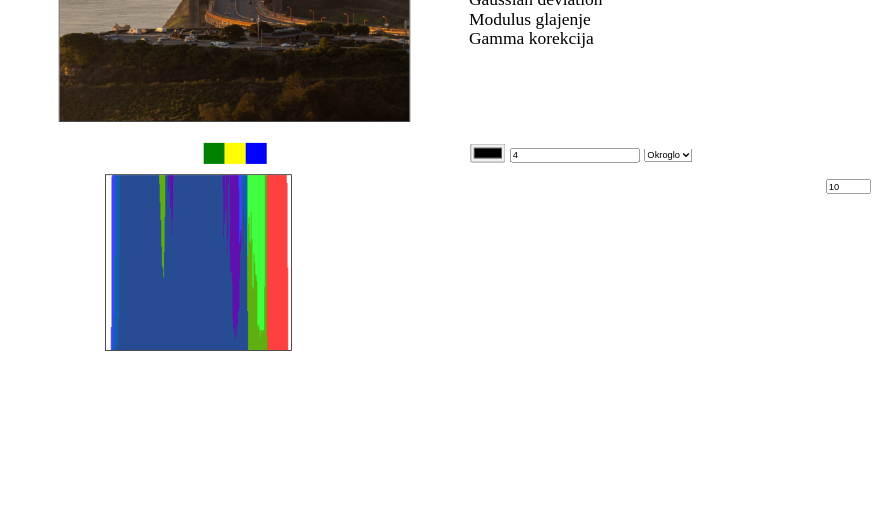
Repository: fussionko/web_photoshop
Page: index.html
These files come from the project's save history. The page is drawn as it stood at one moment and after the next save; the edit follows.
The browser window is 1280 px wide. The pictures show the part of the page from y = 443 to 2363 px (the page is 1192 px tall before and 10694 px after), at 70% of full size.

Above is the page before, as saved 2022-04-28 13:29:44.

### index.html
<!doctype html>
<html lang="en">
    <head>
        <meta charset="utf-8">
        <meta name="viewport" content="width=device-width, initial-scale=1">

        <title>Slike</title>
        <link rel="stylesheet" href="style.css">
    </head>
    <body>
        <div id="container-main">
            <canvas id="main_canvas"></canvas>
            <div id="container-buttons"></div>
            <div id="container-controls"></div>
        </div>
        <div id="container-assist">
            <div id="container-history"><div id="history-back"></div><div id="history-fow"></div><div id="history-reset"></div></div>
            <div id="container-color">
                <input type="color" id="color" value="#000000">
                <input type="number" id="brush-size" step="1" value="4">
                <select id="cap-type">
                    <option value="butt">Butt</option>
                    <option value="round" selected>Okroglo</option>
                    <option value="square">Kvadrat</option>
                </select>
            </div>
        </div>
        <div id="container-histogram">
            <canvas id="main-graph"></canvas>
            <div id="container-graph-data">
                <input type="number" id="basket-num" step="1" max="255" min="1" value="10">
            </div>
        </div>
        <script src="filters.js"></script>
        <script src="draw.js"></script>
        <script src="history.js"></script>
        <script src="graph.js"></script>
        <script src="main.js"></script>
    </body>
</html>

### style.css
html {
    margin: 0;
    width: 100%;
    height: 100%;

    background-color: white !important;
}
body {
    margin: 0;

    display: grid;
    align-items: center;

    font-size: 25px;
    background-color: white !important;
    width: 100%;
    height: 100%;

}

#container-main, #container-assist, #container-historgram {
    margin: 15px 0;
}

#container-main {
    width: 100%;
    display: grid;
    grid-template-columns: auto auto 200px;
    align-items: center;
    justify-content: space-evenly;

}
canvas {

    border: 1px solid black;
}

.button-function {
    border: 1px solid black;
    padding: 5px;
    margin: 5px;;
}

#container-assist {
    display: grid;
    grid-template-columns: auto auto ;
    justify-content: space-evenly;
}

#container-history {
    display: flex;

}

#history-back, #history-fow, #history-reset {
    width: 30px;
    height: 30px;
}

#history-fow {
    background-color: yellow;
}

#history-back {
    background-color: green;
}

#history-reset {
    background-color: blue;
}

#container-histogram {
    display: grid;
    grid-template-columns: 1fr 100px;
    margin-left: 150px;
    margin-bottom: 100px;
    height: 500px;
}

### filters.js
let ultra_computed_gaussian_blur = {};

function gaussian_blur(img_data, deviation)
{
    if(deviation === 0) return img_data;
    if(ultra_computed_gaussian_blur[deviation] !== undefined) return ultra_computed_gaussian_blur[deviation];

    let new_img_data = [];
    const range = 2*deviation;
    let matrix_gaussian = [], sum = get_gaussian_matrix(range, deviation, matrix_gaussian);
    for(let i = 0; i < img_data.length; i+=4)
    {
        let matrix_r_adjecant = [], matrix_g_adjecant = [], matrix_b_adjecant = [];
        get_adjecant_pixels(i, range, img_data, matrix_r_adjecant, matrix_g_adjecant, matrix_b_adjecant);
        new_img_data[i] = calculateMatrixSum(matrix_gaussian, matrix_r_adjecant)/sum;
        new_img_data[i+1] = calculateMatrixSum(matrix_gaussian, matrix_g_adjecant)/sum;
        new_img_data[i+2] = calculateMatrixSum(matrix_gaussian, matrix_b_adjecant)/sum;
        new_img_data[i+3] = img_data[i+3];
    }
    ultra_computed_gaussian_blur[deviation] = new_img_data;

    return new_img_data;
}

function get_adjecant_pixels(index, range, img_data, matrix_r_adjecant, matrix_g_adjecant, matrix_b_adjecant)
{
    let next = canvas_width*4;
    for(let y = -range; y <= range; y++)
    {
        let yrange = y+range;
        matrix_r_adjecant[yrange] = [];
        matrix_g_adjecant[yrange] = [];
        matrix_b_adjecant[yrange] = [];
        for(let x = -range; x <= range; x++)
        {
            let xrange = x+range;
            let r = 128, g = 128, b = 128;
            if(index%(canvas_width*4)+x*4 >= 0)
            {
                const main_i = index+next*y+4*x;
                if(main_i >= 0)
                {
                    r = img_data[main_i];
                    g = img_data[main_i+1];
                    b = img_data[main_i+2];
                }
            }
            matrix_r_adjecant[yrange][xrange] = r;
            matrix_g_adjecant[yrange][xrange] = g;
            matrix_b_adjecant[yrange][xrange] = b;
        }
    }
}

function get_adjecant_pixels_array(index, range, img_data, array_r_adjecant, array_g_adjecant, array_b_adjecant)
{
    const next = canvas_width*4;
    for(let y = -range; y <= range; y++)
    {
        for(let x = -range; x <= range; x++)
        {
            let r = 0, g = 0, b = 0;
            if(index%(canvas_width*4)+x*4 >= 0)
            {
                const main_i = index+next*y+4*x;
                if(main_i >= 0)
                {
                    r = img_data[main_i];
                    g = img_data[main_i+1];
                    b = img_data[main_i+2];
                }
            }
            array_r_adjecant.push(r);
            array_g_adjecant.push(g);
            array_b_adjecant.push(b);
        }
    }
}

function get_gaussian_matrix(range, deviation, matrix_gaussian)
{
    let sum = 0;
    for(let y = -range; y <= range; y++)
    {
        matrix_gaussian[y+range] = [];
        for(let x = -range; x <= range; x++)
        {
            matrix_gaussian[y+range][x+range] = gaussian_2d_equation(x, y, deviation);
            sum += matrix_gaussian[y+range][x+range];
        }
    }
    return sum;
}

function gaussian_2d_equation(x, y, deviation)
{
    let exp = -(x*x+y*y)/(2*deviation*deviation);
    let main = 1/(2*Math.PI*deviation*deviation);
    return main*Math.pow(Math.E, exp);
}

function hexToRgb(hex) {
    var result = /^#?([a-f\d]{2})([a-f\d]{2})([a-f\d]{2})$/i.exec(hex);
    return result ? {
        r: parseInt(result[1], 16),
        g: parseInt(result[2], 16),
        b: parseInt(result[3], 16)
    } : null;
}

function calculateMatrixSum(matrix, values)
{
    let sum = 0;
    for(let i = 0; i < matrix[0].length; i++)
        for(let j = 0; j < matrix.length; j++)
            if(values[i][j] !== undefined)
                sum += values[i][j]*matrix[i][j];
    return sum;
}

function sobel(img_data, min_color, max_color, color_ok, threshold)
{
    let new_img_data = [];
    img_data = grayscale_weight(img_data);
    if(color_ok === true)
    {
        for(let i = 0; i < img_data.length; i+=4)
        {
            let matrix_sum = img_data[i-canvas_width*4] + img_data[i-4] + img_data[i]*-4 + img_data[i+4] + img_data[i+canvas_width*4];
            let color = matrix_sum < threshold ? max_color : min_color;
            new_img_data[i] = hexToRgb(color).r;
            new_img_data[i+1] = hexToRgb(color).g;
            new_img_data[i+2] = hexToRgb(color).b;
            new_img_data[i+3] = img_data[i+3];
        }
    }
    else
    {
        if(computed_sobel !== undefined) return computed_sobel;
        for(let i = 0; i < img_data.length; i+=4)
        {
            let matrix_sum = img_data[i-4-canvas_width*4] + img_data[i-canvas_width*4]*2 + img_data[i+4-canvas_width*4] +
                            img_data[i-4+canvas_width*4]*-1 + img_data[i+canvas_width*4]*-2 + img_data[i+4+canvas_width*4]*-1;
            new_img_data[i] = matrix_sum;
            new_img_data[i+1] = matrix_sum;
            new_img_data[i+2] = matrix_sum;
            new_img_data[i+3] = img_data[i+3];
        }
        computed_sobel = new_img_data;
    }

    return new_img_data;
}

let ultra_computed_modulus = {};

function modulus(img_data, range)
{
    if(ultra_computed_modulus[range] !== undefined) return ultra_computed_modulus[range];

    let new_img_data = [];
    for(let i = 0; i < img_data.length; i+=4)
    {
        let array_r_adjecant = [], array_g_adjecant = [], array_b_adjecant = [];
        get_adjecant_pixels_array(i, range, img_data, array_r_adjecant, array_g_adjecant, array_b_adjecant);
        array_r_adjecant.sort();
        array_g_adjecant.sort();
        array_b_adjecant.sort();
        new_img_data[i] = array_r_adjecant[Math.floor(array_r_adjecant.length/2)];
        new_img_data[i+1] = array_g_adjecant[Math.floor(array_g_adjecant.length/2)];
        new_img_data[i+2] = array_b_adjecant[Math.floor(array_b_adjecant.length/2)];
        new_img_data[i+3] = img_data[i+3];
    }
    ultra_computed_modulus[range] = new_img_data;

    return new_img_data;
}

//let ultra_computed_gamma = {};
function gamma(img_data, gamma)
{
    //if(ultra_computed_gamma[gamma] !== undefined) return ultra_computed_gamma[gamma];

    let new_img_data = [];
    for(let i = 0; i < img_data.length; i+=4)
    {
        new_img_data[i] = 255*Math.pow((img_data[i]/255), gamma);
        new_img_data[i+1] = 255*Math.pow((img_data[i+1]/255), gamma);
        new_img_data[i+2] = 255*Math.pow((img_data[i+2]/255), gamma);
        new_img_data[i+3] = img_data[i+3];
    }
   // ultra_computed_gamma[gamma] = new_img_data;

    return new_img_data;
}

function sharpening(img_data)
{
    let new_img_data = [];
    for(let i = 0; i < img_data.length; i+=4)
    {
        let r_sum = img_data[i-4-canvas_width*4]*-1 + img_data[i-canvas_width*4]*-1 + img_data[i+4-canvas_width*4]*-1 +
                    img_data[i-4]*-1 + img_data[i]*9 + img_data[i+4]*-1 +
                    img_data[i-4+canvas_width*4]*-1 + img_data[i+canvas_width*4]*-1 + img_data[i+4+canvas_width*4]*-1;
        let g_sum = img_data[i+1-4-canvas_width*4]*-1 + img_data[i+1-canvas_width*4]*-1 + img_data[i+1+4-canvas_width*4]*-1 +
                    img_data[i+1-4]*-1 + img_data[i+1]*9 + img_data[i+1+4]*-1 +
                    img_data[i+1-4+canvas_width*4]*-1 + img_data[i+1+canvas_width*4]*-1 + img_data[i+1+4+canvas_width*4]*-1;
        let b_sum = img_data[i+2-4-canvas_width*4]*-1 + img_data[i+2-canvas_width*4]*-1 + img_data[i+2+4-canvas_width*4]*-1 +
                    img_data[i+2-4]*-1 + img_data[i+2]*9 + img_data[i+2+4]*-1 +
                    img_data[i+2-4+canvas_width*4]*-1 + img_data[i+2+canvas_width*4]*-1 + img_data[i+2+4+canvas_width*4]*-1;
        new_img_data[i] = r_sum;
        new_img_data[i+1] = g_sum;
        new_img_data[i+2] = b_sum;
        new_img_data[i+3] = img_data[i+3];
    }
    return new_img_data;
}

function unsharpening(img_data, amount, kernel_size)
{
    let new_img_data = [];
    let blurred = gaussian_blur(img_data, kernel_size);
    for(let i = 0; i < img_data.length; i+=4)
    {
        new_img_data[i] = img_data[i] + (img_data[i]-blurred[i])*amount;
        new_img_data[i+1] = img_data[i+1] + (img_data[i+1]-blurred[i+1])*amount;
        new_img_data[i+2] = img_data[i+2] + (img_data[i+2]-blurred[i+2])*amount;
        new_img_data[i+3] = img_data[i+3];
    }

    return new_img_data;
}

function box_filter(data_m)
{
    let sum = 0;
    for(let i = 0; i < data_m.length; i++)
        for(let j = 0; j < data_m.length; j++)
            sum += data_m[i][j];
    return sum*(1/9);
}

function weighted_avg_linear(img_data, weight)
{
    let new_img_data = [];
    let weighted_avg_linear_matrix_test = [
        [1, 2, 1],
        [2, 4*weight, 2],
        [1, 2, 1]
    ];
    weight *= 2;
    for(let i = 0; i < img_data.length; i+=4)
    {
        let values_matrix_r = [
            [img_data[i-4-canvas_width*4], img_data[i-canvas_width*4], img_data[i+4-canvas_width*4]],
            [img_data[i-4], img_data[i], img_data[i+4]],
            [img_data[i-4+canvas_width*4], img_data[i+canvas_width*4], img_data[i+4+canvas_width*4]]
        ];

        let values_matrix_g = [
            [img_data[i+1-4-canvas_width*4], img_data[i+1-canvas_width*4], img_data[i+1+4-canvas_width*4]],
            [img_data[i+1-4], img_data[i+1], img_data[i+1+4]],
            [img_data[i+1-4+canvas_width*4], img_data[i+1+canvas_width*4], img_data[i+1+4+canvas_width*4]]
        ];

        let values_matrix_b = [
            [img_data[i+2-4-canvas_width*4], img_data[i+2-canvas_width*4], img_data[i+2+4-canvas_width*4]],
            [img_data[i+2-4], img_data[i+2], img_data[i+2+4]],
            [img_data[i+2-4+canvas_width*4], img_data[i+2+canvas_width*4], img_data[i+2+4+canvas_width*4]]
        ];

        let mat_r = calculateMatrixSum(weighted_avg_linear_matrix_test, values_matrix_r)*(1/weight);
        let mat_g = calculateMatrixSum(weighted_avg_linear_matrix_test, values_matrix_g)*(1/weight);
        let mat_b = calculateMatrixSum(weighted_avg_linear_matrix_test, values_matrix_b)*(1/weight);

        new_img_data[i] = mat_r;
        new_img_data[i+1] = mat_g;
        new_img_data[i+2] = mat_b;
        new_img_data[i+3] = img_data[i+3];
    }

    return new_img_data;
}

function grayscale_average(img_data)
{
    let new_img_data = [];
    for(let i = 0; i < img_data.length; i+=4)
    {
        let avg = Math.round((img_data[i]+img_data[i+1]+img_data[i+2])/3);
        new_img_data[i] = avg;
        new_img_data[i+1] = avg;
        new_img_data[i+2] = avg;
        new_img_data[i+3] = img_data[i+3];
    }
    return new_img_data;
}

function grayscale_weight(img_data)
{
    let new_img_data = [];
    let r_weight = 0.299, g_weight = 0.587, b_weight = 0.114;
    for(let i = 0; i < img_data.length; i+=4)
    {
        let sum = img_data[i]*r_weight + img_data[i+1]*g_weight + img_data[i+2]*b_weight;
        new_img_data[i] = sum;
        new_img_data[i+1] = sum;
        new_img_data[i+2] = sum;
        new_img_data[i+3] = img_data[i+3];
    }
    return new_img_data;
}

function thresholding(img_data, pixel_value_min, pixel_value_max, threshold)
{
    let new_img_data = [];
    for(let i = 0; i < img_data.length; i+=4)
    {
        new_img_data[i] = img_data[i] > threshold ? pixel_value_max : pixel_value_min;
        new_img_data[i+1] = img_data[i+1] > threshold ? pixel_value_max : pixel_value_min;
        new_img_data[i+2] = img_data[i+2] > threshold ? pixel_value_max : pixel_value_min;
        new_img_data[i+3] = img_data[i+3];
    }
    return new_img_data;
}

function color_channel_remove(img_data, r, g, b)
{
    let new_img_data = [];
    for(let i = 0; i < img_data.length; i += 4)
    {
        new_img_data[i] = r === false ? 0 : img_data[i];
        new_img_data[i+1] = g === false ? 0 : img_data[i+1];
        new_img_data[i+2] = b === false ? 0 : img_data[i+2];
        new_img_data[i+3] = img_data[i+3];
    }
    return new_img_data;
}

function color_channel_change(img_data, r, g, b)
{
    let new_img_data = [];
    for(let i = 0; i < img_data.length; i += 4)
    {
        new_img_data[i] = r !== 0 ? img_data[i]+r : img_data[i];
        new_img_data[i+1] = g !== 0 ? img_data[i+1]+g : img_data[i+1];
        new_img_data[i+2] = b !== 0 ? img_data[i+2]+b : img_data[i+2];
        new_img_data[i+3] = img_data[i+3];
    }
    return new_img_data;
}

function brighten_image(img_data, brightnes_increase)
{
    let new_img_data = [];
    if(brightnes_increase === 0) return img_data;
    for(let i = 0; i < img_data.length; i+=4)
    {
        new_img_data[i] = img_data[i]+brightnes_increase;
        new_img_data[i+1] = img_data[i+1]+brightnes_increase;
        new_img_data[i+2] = img_data[i+2]+brightnes_increase;
        new_img_data[i+3] = img_data[i+3];
    }
    return new_img_data;
}

let computed_sobel;
let computed_sobel_x;
let computed_sobel_y;

let computed_sobel_sum_x;
let computed_sobel_sum_y; // mozno

function sobel_y(img_data, min_color, max_color, color_ok, threshold)
{
    let new_img_data = [];
    img_data = grayscale_weight(img_data);
    if(color_ok === true)
    {
        for(let i = 0; i < img_data.length; i+=4)
        {
            let matrix_sum = img_data[i-4-canvas_width*4] + img_data[i+4-canvas_width*4]*-1 +
                            img_data[i-4]*2 + img_data[i+4]*-2 +
                            img_data[i-4+canvas_width*4] + img_data[i+4+canvas_width*4]*-1;
            let color = matrix_sum < threshold ? max_color : min_color;
            new_img_data[i] = hexToRgb(color).r;
            new_img_data[i+1] = hexToRgb(color).g;
            new_img_data[i+2] = hexToRgb(color).b;
            new_img_data[i+3] = img_data[i+3];
        }
    }
    else
    {
        if(computed_sobel_y !== undefined) return computed_sobel_y;
        for(let i = 0; i < img_data.length; i+=4)
        {
            let matrix_sum = img_data[i-4-canvas_width*4] + img_data[i-canvas_width*4]*2 + img_data[i+4-canvas_width*4] +
                            img_data[i-4+canvas_width*4]*-1 + img_data[i+canvas_width*4]*-2 + img_data[i+4+canvas_width*4]*-1;
            new_img_data[i] = matrix_sum;
            new_img_data[i+1] = matrix_sum;
            new_img_data[i+2] = matrix_sum;
            new_img_data[i+3] = img_data[i+3];
        }
        computed_sobel_y = new_img_data;
    }

    return new_img_data;
}

function sobel_x(img_data, min_color, max_color, color_ok, threshold)
{
    let new_img_data = [];
    img_data = grayscale_weight(img_data);
    if(color_ok === true)
    {
        for(let i = 0; i < img_data.length; i+=4)
        {
            let matrix_sum = img_data[i-4-canvas_width*4] + img_data[i-canvas_width*4]*2 + img_data[i+4-canvas_width*4] +
                            img_data[i-4+canvas_width*4]*-1 + img_data[i+canvas_width*4]*-2 + img_data[i+4+canvas_width*4]*-1;
            let color = matrix_sum < threshold ? max_color : min_color;
            new_img_data[i] = hexToRgb(color).r;
            new_img_data[i+1] = hexToRgb(color).g;
            new_img_data[i+2] = hexToRgb(color).b;
            new_img_data[i+3] = img_data[i+3];
        }
    }
    else
    {
        if(computed_sobel_x !== undefined) return computed_sobel_x;
        for(let i = 0; i < img_data.length; i+=4)
        {
            let matrix_sum = img_data[i-4-canvas_width*4] + img_data[i-canvas_width*4]*2 + img_data[i+4-canvas_width*4] +
                            img_data[i-4+canvas_width*4]*-1 + img_data[i+canvas_width*4]*-2 + img_data[i+4+canvas_width*4]*-1;
            new_img_data[i] = matrix_sum;
            new_img_data[i+1] = matrix_sum;
            new_img_data[i+2] = matrix_sum;
            new_img_data[i+3] = img_data[i+3];
        }
        computed_sobel_x = new_img_data;
    }

    return new_img_data;
}

### draw.js
function loadDraw()
{
    document.addEventListener('mousemove', draw);
    document.addEventListener('mousedown', function(e){
        setPosition(e);
        draw(e);
    });
    document.addEventListener('mouseenter', setPosition);
    document.addEventListener('mouseup', function(e){
        if(e.clientX > canvas_x_position + canvas_width || e.clientX < canvas_x_position) return;
        if(e.clientY > canvas_y_position + canvas_height || e.clientY < canvas_y_position) return;
        loadImage(getPixelData());
    });

    document.getElementById("color").addEventListener("change", function(){
        draw_color = this.value;
        console.log(draw_color);
    });

    document.getElementById("brush-size").addEventListener("change", function(){
        brush_size = parseInt(this.value);
        console.log(brush_size);
    });

    document.getElementById("cap-type").addEventListener("change", function(){
        cap_type = this.value;
        console.log(cap_type);
    });
}

let pos = {x:0, y:0}

function setPosition(e)
{
    pos.x = e.clientX - canvas_x_position;
    pos.y = e.clientY - canvas_y_position;
}

let draw_color = "#000000";
let brush_size = 4;
let cap_type = "round";
function draw(e)
{
    if (e.buttons !== 1) return;

    main_ctx.beginPath(); // begin

    main_ctx.lineWidth = brush_size;
    main_ctx.lineCap = cap_type;
    main_ctx.strokeStyle = draw_color;

    main_ctx.moveTo(pos.x, pos.y); // from
    setPosition(e);
    main_ctx.lineTo(pos.x, pos.y); // to

    main_ctx.stroke(); // draw it!


}

function delete_draw(e)
{
    if (e.buttons !== 1) return;

    main_ctx.beginPath(); // begin

    main_ctx.lineWidth = brush_size;
    main_ctx.lineCap = 'round';
    main_ctx.strokeStyle = draw_color;

    main_ctx.moveTo(pos.x, pos.y); // from
    setPosition(e);
    main_ctx.lineTo(pos.x, pos.y); // to

    main_ctx.stroke(); // draw it!
}

### history.js
function loadHistory()
{
    document.getElementById("history-back").addEventListener("click", function(){
        if(moveBackwardHistory() == -1) return;
        loadImageHistory();
    })

    document.getElementById("history-fow").addEventListener("click", function(){
        if(moveFowardHistory() == -1) return;
        loadImageHistory();
    })

    document.getElementById("history-reset").addEventListener("click", function(){
        let draw_image = new ImageData(canvas_width, canvas_height);
        draw_image.data.set(original_img_data);
        history = [draw_image.data];
        currentHistoryIndex = 1;
        current_filter_data["filter"] = "original";
        current_filter_data["index"] = 1;
        current_filter_data["data"] = draw_image.data;
        loadImageHistory();
    })
}

let history = [];
let currentHistoryIndex = 0;
function addToHistory(img_data)
{
    if(checkSame(img_data, history[history.length-1]) == 1) return;
    if(currentHistoryIndex != history.length)
        removeHistoryToIndex();

    history.push(img_data);
    currentHistoryIndex++;
}

function removeHistoryToIndex()
{
    history.splice(currentHistoryIndex, history.length-currentHistoryIndex)
}

function moveFowardHistory()
{
    if(currentHistoryIndex+1 > history.length) return -1;
    currentHistoryIndex++;
    return 1;
}

function moveBackwardHistory()
{
    if(currentHistoryIndex-1 <= 0) return -1;
    currentHistoryIndex--;
    return 1;
}

function getCurrentHistory()
{
    return history[currentHistoryIndex];
}

### graph.js

const graph_width = 265;
const graph_height = 250;

let main_graph;
let graph_ctx;

let normalization_value = 40;
let graph_offset = 5;


function initGraph()
{

    main_graph = document.getElementById("main-graph");
    graph_ctx = main_graph.getContext('2d');
    main_graph.width = graph_width;
    main_graph.height = graph_height;

    document.getElementById("basket-num").addEventListener("change", function(){
        basket_num = parseInt(this.value);
    });

    create_graph()
}

let basket_num = 10;
let basket_size = Math.round(255/basket_num);
const graph_template = {
    "r":{},
    "g":{},
    "b":{}
}
let graph = JSON.parse(JSON.stringify(graph_template));

function create_graph()
{
    // graph = JSON.parse(JSON.stringify(graph_template));
    // for(let i = 1; i <= basket_num; i++)
    // {
    //     graph["r"][basket_size*i] = 0;
    //     graph["g"][basket_size*i] = 0;
    //     graph["b"][basket_size*i] = 0;
    // }
    graph = JSON.parse(JSON.stringify(graph_template));
    for(let i = 0; i <= 255; i++)
    {
        graph["r"][i] = 0;
        graph["g"][i] = 0;
        graph["b"][i] = 0;
    }
}

function count_Pixel(img_data)
{
    let ranges = Object.keys(graph["r"]);
    console.log(ranges);
    // for(let i = 0; i < img_data.length; i+=4)
    // {
    //     for(const key in ranges)
    //         if(img_data[i] < parseInt(ranges[key]))
    //         {
    //             graph["r"][ranges[key]]++;
    //             break;
    //         }
    //     for(const key in ranges)
    //         if(img_data[i+1] < parseInt(ranges[key]))
    //         {
    //             graph["g"][ranges[key]]++;
    //             break;
    //         }
    //     for(const key in ranges)
    //         if(img_data[i+2] < parseInt(ranges[key]))
    //         {
    //             graph["b"][ranges[key]]++;
    //             break;
    //         }
    // }
    console.log(graph);
    for(let i = 0; i < img_data.length; i+=4)
    {

        graph["r"][ranges[img_data[i]]]++;
        graph["g"][ranges[img_data[i+1]]]++;
        graph["b"][ranges[img_data[i+2]]]++;
    }


   // normalizeGraph();
    console.log(graph);
    draw_graph();
}

function normalizeGraph()
{
    console.log(normalization_value);
    for(const c in graph)
        for(const range in graph[c])
            graph[c][range] = Math.round(graph[c][range]/normalization_value);
}

function draw_graph()
{
    graph_ctx.lineWidth = 1;
    console.log(graph);
    for(let range in graph["r"])
    {
        range = parseInt(range);

        graph_ctx.beginPath();
        graph_ctx.moveTo(graph_offset+range, graph_height);
        graph_ctx.strokeStyle = "#FF0000";
        graph_ctx.lineTo(graph_offset+range, graph_height-graph["r"][range]);
        graph_ctx.stroke();
        graph_ctx.closePath();

        graph_ctx.beginPath();
        graph_ctx.moveTo(graph_offset+range, graph_height);
        graph_ctx.strokeStyle = "#00FF00";
        graph_ctx.lineTo(graph_offset+range, graph_height-graph["g"][range]);
        graph_ctx.stroke();
        graph_ctx.closePath();

        graph_ctx.beginPath();
        graph_ctx.moveTo(graph_offset+range, graph_height);
        graph_ctx.strokeStyle = "#0000FF";
        graph_ctx.lineTo(graph_offset+range, graph_height-graph["b"][range]);
        graph_ctx.stroke();
        graph_ctx.closePath();
    }


}

Loaded but not shown: main.js (433 lines, source omitted)

After the next save:
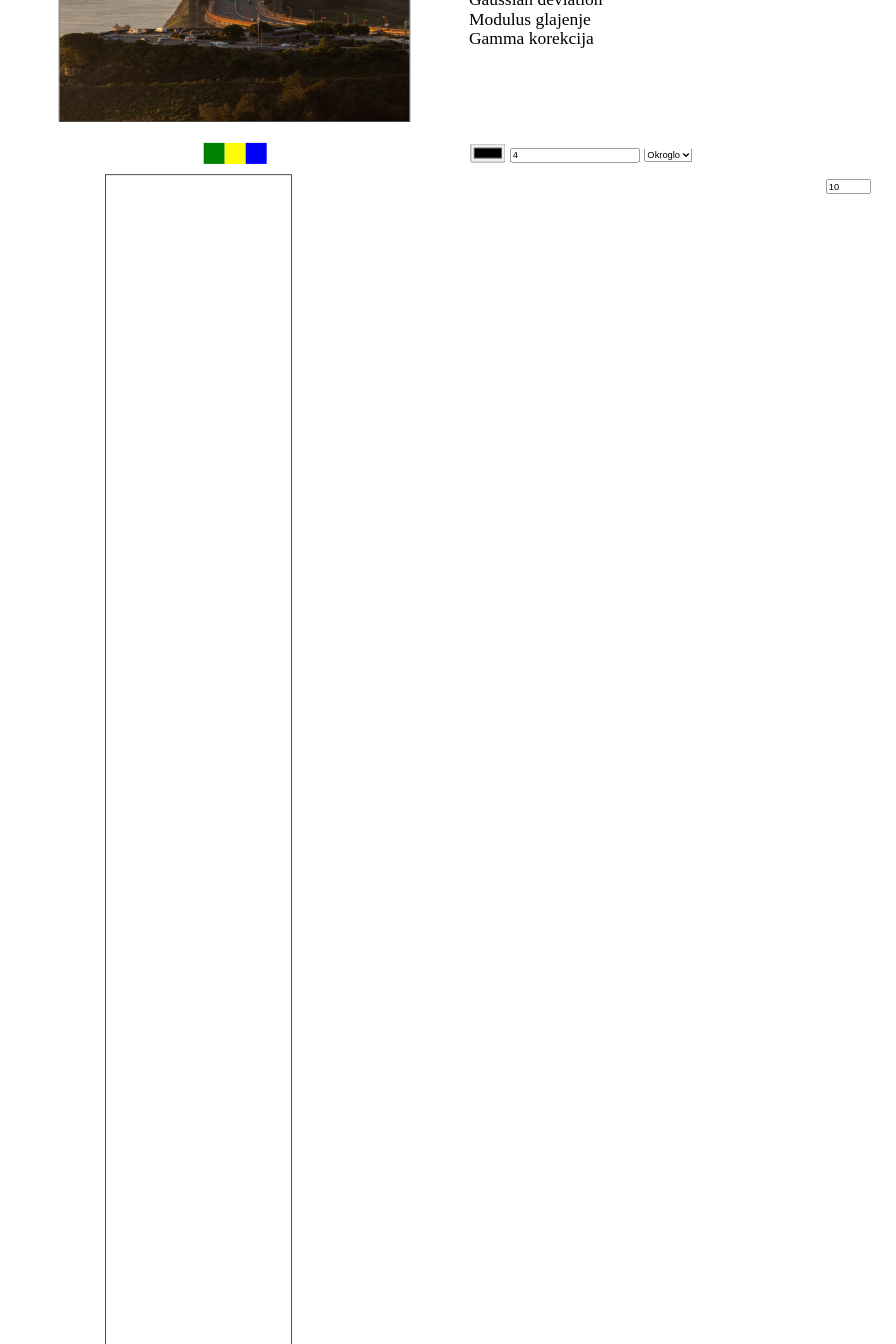
Saved 19 s later.
--- a/graph.js
+++ b/graph.js
@@ -1,6 +1,6 @@
 
 const graph_width = 265;
-const graph_height = 250;
+const graph_height = 10000;//250;
 
 let main_graph;
 let graph_ctx;
